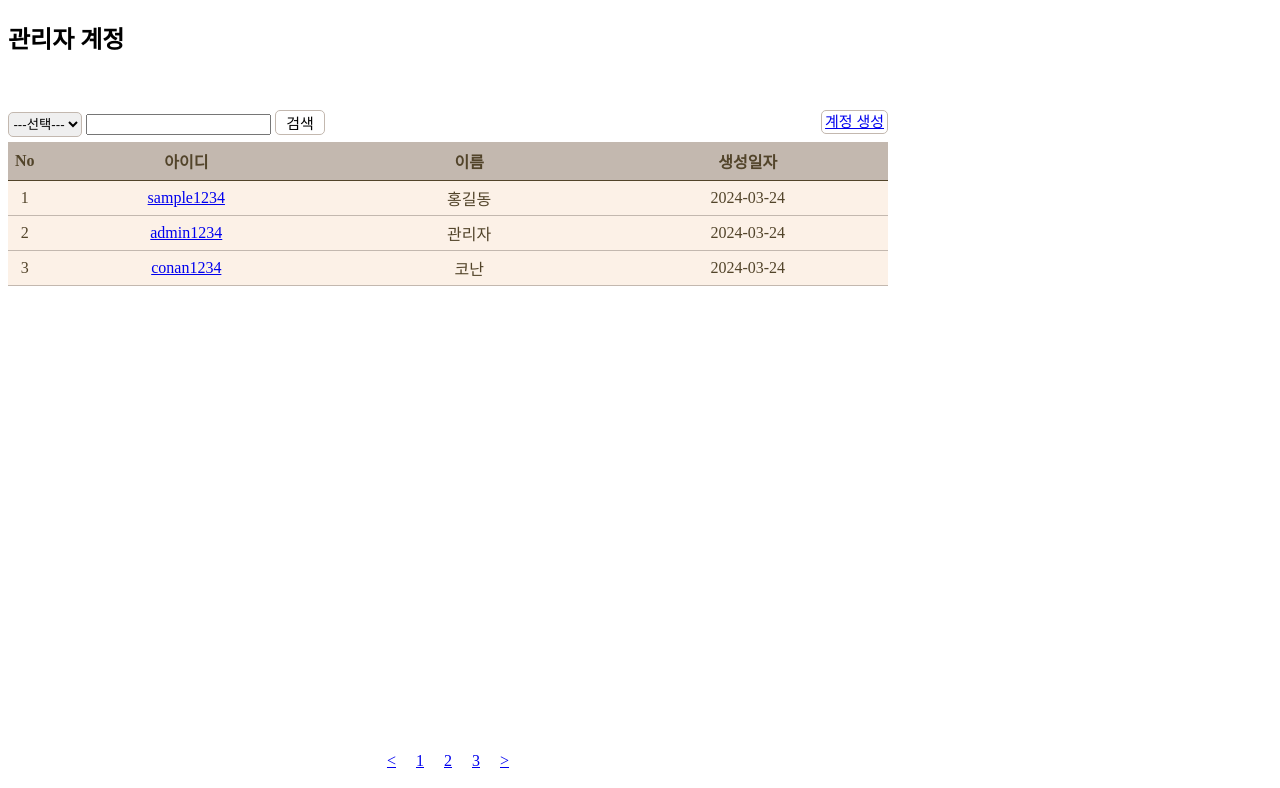
Repository: jngwk/Project-Bark
Page: http://localhost/Bark/include/adminManageAdminList.jsp
The author's editor kept a copy of each file at every save. The page is drawn from the files as they stood at one save, then again after the next save.
The browser window is 1280 px wide. The pictures show the whole page.
The page is served by Tomcat 9. Other server files are loaded and not shown.

Above is the page before, as saved 2024-03-30 19:23:40.

### java_workspace/Bark/src/main/webapp/include/adminManageAdminList.jsp
<%@ page language="java" contentType="text/html; charset=UTF-8"
    pageEncoding="UTF-8"%>
<%@ taglib prefix="c" uri="http://java.sun.com/jsp/jstl/core" %>
<!DOCTYPE html>
<html lang="en">
  <head>
    <meta charset="UTF-8" />
    <meta name="viewport" content="width=device-width, initial-scale=1.0" />
    <title>Document</title>
    <c:set var="contextPath" value="${pageContext.request.contextPath }"/>
    <link rel="stylesheet" href="${contextPath }/css/manageAdmin.css" />
  </head>
  <body>
    <div class="container">
      <div class="row">
        <h2>관리자 계정</h2>

        <div class="table-top">
          <form action="#" class="table-search-form">
            <select name="notice_category">
              <option>---선택---</option>
              <option value="1">이름</option>
              <option value="1">아이디</option>
            </select>
            <input type="search" class="search-bar" />
            <input type="submit" class="search btn" value="검색" />
          </form>

          <div class="create-account btn"><a href="#">계정 생성</a></div>
        </div>

        <div class="table">
          <table class="admin-table">
            <thead>
              <tr>
                <th>No</th>
                <th>아이디</th>
                <th>이름</th>
                <th>생성일자</th>
              </tr>
            </thead>
            <tbody>
              <tr>
                <td>1</td>
                <td><a href="#">sample1234</a></td>
                <td>홍길동</td>
                <td>2024-03-24</td>
              </tr>
              <tr>
                <td>2</td>
                <td><a href="#">admin1234</a></td>
                <td>관리자</td>
                <td>2024-03-24</td>
              </tr>
              <tr>
                <td>3</td>
                <td><a href="#">conan1234</a></td>
                <td>코난</td>
                <td>2024-03-24</td>
              </tr>
            </tbody>
          </table>
        </div>

        <div class="page-number">
          <a href="#"><</a>
          <a href="#">1</a>
          <a href="#">2</a>
          <a href="#">3</a>
          <a href="#">></a>
        </div>
      </div>
    </div>
  </body>
</html>

### java_workspace/Bark/src/main/webapp/css/manageAdmin.css
@charset "UTF-8";

@charset "UTF-8";
.container{
	width: 880px;
}
/*초기화 */
.table {
  min-height: 600px;
}

/* 제목 */
.row > h {
  color: #52442a;
  font-weight: bold;
  font-size: 30px;
}
.table-top {
  display: flex;
  justify-content: space-between;
  align-content: center;
  padding: 5px 0;
  margin-top: 50px;
}

/*검색*/
.table-search-form > select {
  cursor: pointer;
  border-radius: 5px;
  border: 1px solid rgb(195, 184, 175);
  text-align: center;
  height: 25px;
}

.search.btn {
  border-radius: 5px;
  border: thin solid rgb(195, 184, 175);
  background-color: white;
  width: 50px;
  height: 25px;
  font-size: 15px;
}
.search.btn:hover {
  background-color: rgb(195, 184, 175);
  color: #fcf1e7;
  border: thin solid rgb(195, 184, 175);
  cursor: pointer;
}

/* 글쓰기버튼 */
.create-account.btn {
  border: none;
}
.create-account.btn > a {
  padding: 3px;
  font-size: 14px;
  background-color: white;
  border-radius: 5px;
  border: thin solid rgb(195, 184, 175);
  font-size: 15px;
}
.create-account.btn > a:hover {
  background-color: rgb(195, 184, 175);
  color: #fcf1e7;
  border: thin solid rgb(195, 184, 175);
}

/* 테이블 */

.admin-table {
  border-spacing: 0;
}
.admin-table > thead > tr > th {
  background-color: rgb(195, 184, 175);
  color: #52442a;
  text-align: center;
  padding: 7px;
  border-bottom: 1px solid #52442a;
  font-weight: bold;
}
.admin-table > thead > tr > th:nth-child(2) {
  width: 333px;
}
.admin-table > thead > tr > th:nth-child(3) {
  width: 333px;
}
.admin-table > thead > tr > th:nth-child(4) {
  width: 333px;
}
.admin-table > tbody > tr > td {
  background: #fcf1e7;
  color: #52442a;
  text-align: center;
  border-bottom: 1px solid rgb(195, 184, 175);
  padding: 5px;
}
/* 페이지 */
.page-number {
  display: flex;
  justify-content: center;
}
.page-number > a {
  padding: 10px;
}

/* #fcf1e7 #52442a */

### java_workspace/Bark/src/main/webapp/css/adminManageAdminList.css
@charset "UTF-8";

/*초기화 */
.table {
  min-height: 600px;
}

/* 제목 */
.row > h {
  color: #52442a;
  font-weight: bold;
  font-size: 30px;
}
.table-top {
  display: flex;
  justify-content: space-between;
  align-content: center;
  padding: 5px 0;
  margin-top: 50px;
}

/*검색*/
.table-search-form > select {
  cursor: pointer;
  border-radius: 5px;
  border: 1px solid rgb(195, 184, 175);
  text-align: center;
  height: 27px;
}
.search-bar {
  border-radius: 5px;
  border: thin solid rgb(195, 184, 175);
  height: 27px;
}
.table-search-form {
  display: flex;
}

.search-btn {
  border-radius: 5px;
  border: thin solid rgb(195, 184, 175);
  background-color: white;
  width: 50px;
  height: 27px;
  font-size: 15px;
}
.search-btn:hover {
  background-color: rgb(195, 184, 175);
  color: #fcf1e7;
  border: thin solid rgb(195, 184, 175);
  cursor: pointer;
}



.create-account-btn {
  border: none;
}
.create-account-btn > a {
  padding: 3px;
  font-size: 14px;
  border-radius: 5px;
  font-size: 15px;
}
.create-account-btn > a:hover {
  background-color: rgb(195, 184, 175);
  color: #fcf1e7;
  border: thin solid rgb(195, 184, 175);
}

.create-account-btn > a {
  padding: 3px 6px;
  font-size: 14px;
  background-color: white;
  border-radius: 5px;
  border: thin solid rgb(195, 184, 175);
  font-size: 15px;
}
.create-account-btn > a:hover {
  background-color: rgb(195, 184, 175);
  color: #fcf1e7;
  border: thin solid rgb(195, 184, 175);
}
.create-account-btn > a > img {
  padding-bottom: 1px;
  padding-right: 6px;
  width: 21px;
  vertical-align: middle;
}

/* 테이블 */

.admin-table {
  border-spacing: 0;
}
.admin-table > thead > tr > th {
  background-color: rgb(195, 184, 175);
  color: #52442a;
  text-align: center;
  padding: 7px;
  border-bottom: 1px solid #52442a;
  font-weight: bold;
}
.admin-table > thead > tr > th:nth-child(2) {
  width: 333px;
}
.admin-table > thead > tr > th:nth-child(3) {
  width: 333px;
}
.admin-table > thead > tr > th:nth-child(4) {
  width: 333px;
}
.admin-table > tbody > tr > td {
  background: #fcf1e7;
  color: #52442a;
  text-align: center;
  border-bottom: 1px solid rgb(195, 184, 175);
  padding: 5px;
}
/* 페이지 */
.page-number {
  display: flex;
  justify-content: center;
}
.page-number > a {
  padding: 10px;
}

/* #fcf1e7 #52442a */

After the next save:
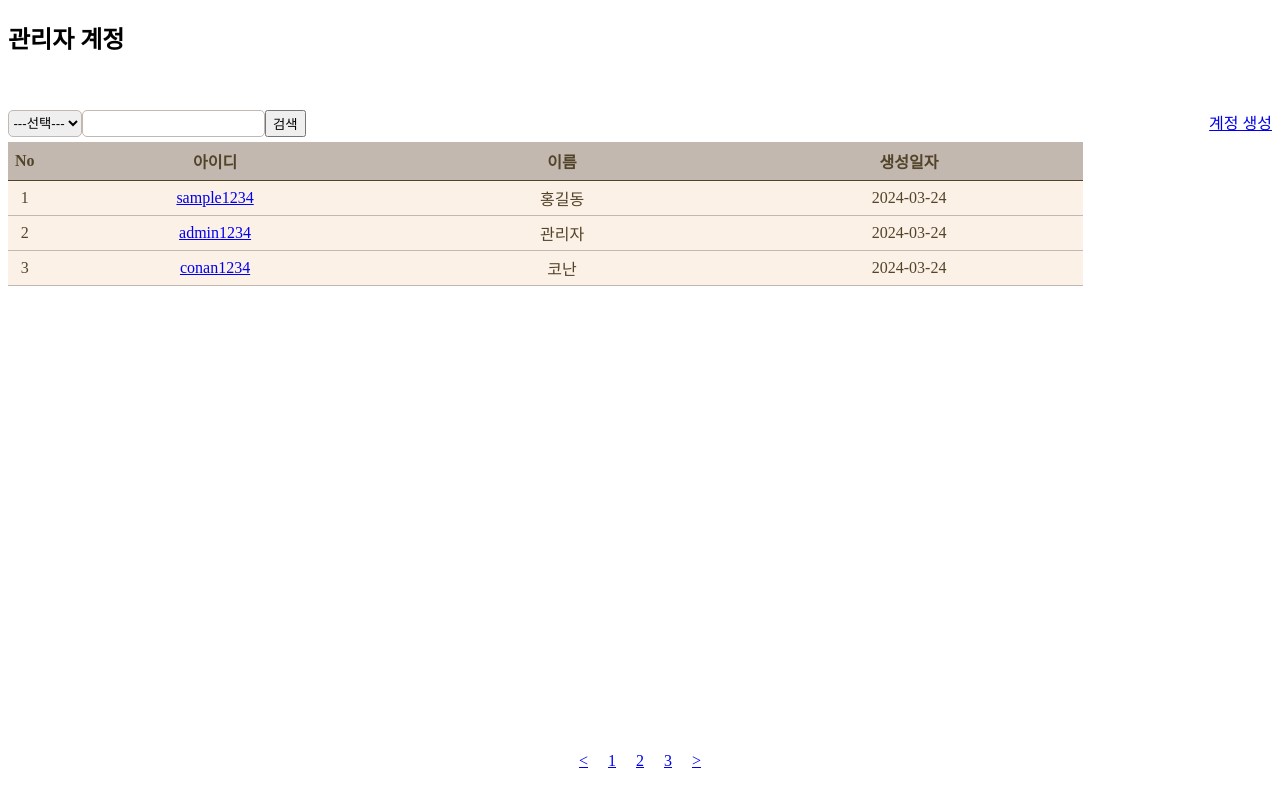
Saved 64 s later.
--- a/java_workspace/Bark/src/main/webapp/include/adminManageAdminList.jsp
+++ b/java_workspace/Bark/src/main/webapp/include/adminManageAdminList.jsp
@@ -8,7 +8,7 @@
     <meta name="viewport" content="width=device-width, initial-scale=1.0" />
     <title>Document</title>
     <c:set var="contextPath" value="${pageContext.request.contextPath }"/>
-    <link rel="stylesheet" href="${contextPath }/css/manageAdmin.css" />
+    <link rel="stylesheet" href="${contextPath }/css/adminManageAdminList.css" />
   </head>
   <body>
     <div class="container">
